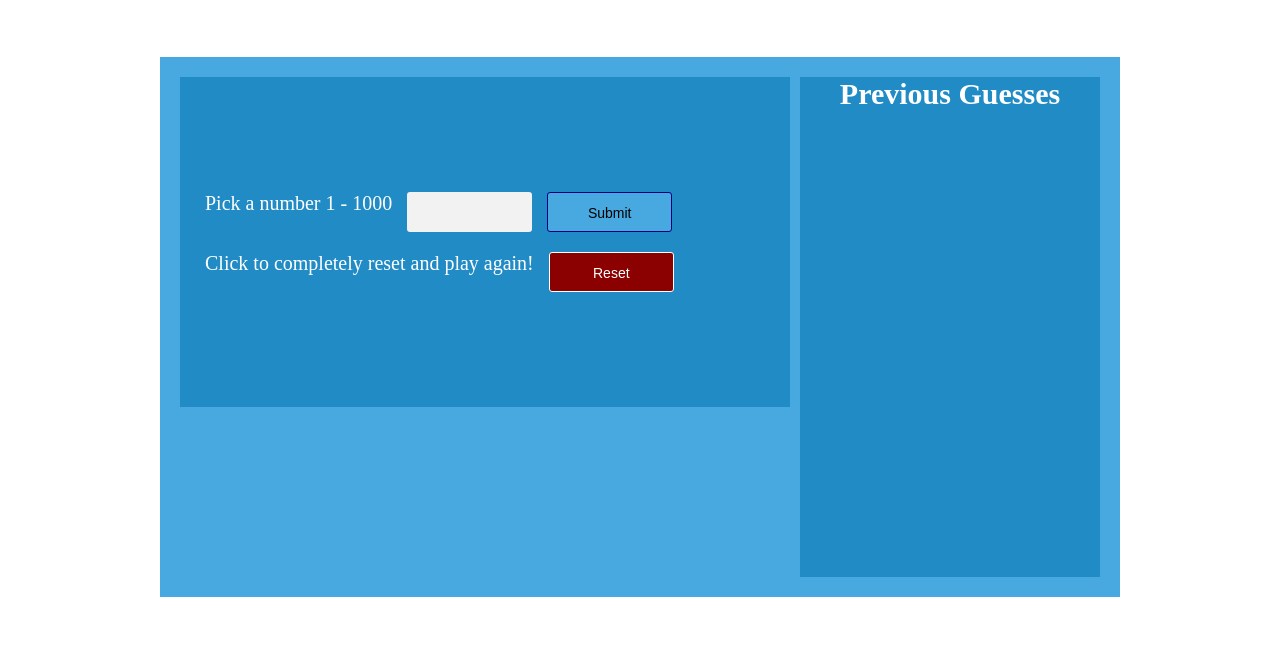
Repository: mlmEFSC21/P15-Modified-Guessing-Game
Page: guess.html
The author's editor kept a copy of each file at every save. The page is drawn from the files as they stood at one save, then again after the next save.
The browser window is 1280 px wide. The pictures show the whole page.

Above is the page before, as saved 2022-03-21 21:32:46.

### guess.html
<!DOCTYPE html>
<html lang="en">
    <head>
        <meta charset="UTF-8" />
        <meta http-equiv="X-UA-Compatible" content="IE=edge" />
        <meta name="viewport" content="width=device-width, initial-scale=1.0" />
        <link rel="stylesheet" href="guess.css" />
        <script src="guess.js" defer></script>
        <title>Guessing Game</title>
    </head>
    <body>
        <header>
            <h1 class="pageTitle">Guess The Number!</h1>
        </header>
        <section>
            <div class="gameContainer" id="container">
                <div class="results" id="results">
                    <form action="" class="inputForm">
                        <label for="guessInput">Pick a number 1 - 1000</label>
                        <input
                            type="text"
                            required
                            name="guessInput"
                            class="guessInput"
                            id="guessInput"
                        />
                        <input type="button" class="submitBtn" id="submitBtn" value="Submit" />
                        <label for="resetBtn">Click to completely reset and play again!</label>
                        <button type="reset" class="resetBtn" id="resetBtn" name="Reset">
                            Reset
                        </button>
                    </form>
                </div>
                <div class="guessesContainer" id="guessesContainer">
                    <h2>Previous Guesses</h2>
                    <ul class="guesses" id="guessList"></ul>
                </div>
            </div>
        </section>
    </body>
</html>

### guess.css
:root {
    --clr-primary: #218bc6;
    --clr-secondary: #48a9e0;
    --clr-tertiary: #235ea6;
}

*,
*::after,
*::before {
    box-sizing: border-box;
    margin: 0;
    padding: 0;
}
body {
    background-image: linear-gradient(90, var(--clr-tertiary), #2c76d0, #5491db);
    color: white;
    font-size: 20px;
}
.pageTitle {
    text-align: center;
}
.gameContainer {
    background-color: var(--clr-secondary);
    display: grid;
    max-width: 960px;
    height: 75vh;
    margin: 10px auto;
    padding: 20px;
    grid-template-columns: repeat(3, 1fr);
    grid-template-rows: repeat(3, 1fr);
    gap: 10px;
    align-items: center;
    justify-content: center;
}
.results {
    background-color: var(--clr-primary);
    display: flex;
    flex-direction: column-reverse;
    margin: 10px auto;
    padding: 0 25px;
    grid-column: 1 / 3;
    grid-row: 1 / 3;
    height: 100%;
    justify-content: center;
    align-items: center;
    text-align: center;
    overflow: hidden;
}
input,
button {
    margin-block: 10px;
}
.inputForm {
    display: flex;
    flex-wrap: wrap;
}
label {
    margin-right: 15px;
    margin-block: 10px;
}
input {
    border: none;
    -webkit-appearance: none;
    -ms-appearance: none;
    -moz-appearance: none;
    appearance: none;
    background: #f2f2f2;
    padding: 12px;
    border-radius: 3px;
    width: 125px;
    height: 40px;
    outline: none;
    font-size: 14px;
}
button {
    border: solid 1px white;
    margin-bottom: 10px;
    padding: 12px;
    border-radius: 3px;
    width: 125px;
    height: 40px;
    outline: none;
    font-size: 14px;
}
.submitBtn {
    background: var(--clr-secondary);
    border: solid 0.5px navy;
    margin-left: 15px;
}
.submitBtn:hover {
    background: #44b3db;
}
.resetBtn {
    background: darkred;
    color: white;
}
.resetBtn:hover {
    background: red;
}
.guessesContainer {
    background-color: var(--clr-primary);
    display: flex;
    flex-direction: column;
    flex-grow: 2;
    height: 100%;
    grid-row: 1 / 4;
    align-items: center;
    overflow: hidden;
}
/* the h3 that is appended by the js. It was hugging the container too much. */
h3 {
    margin: 10px;
    text-align: center;
}
.hint {
    font-style: italic;
    text-decoration: underline;
}

### guess.js
let randomNumber = Math.floor(Math.random() * 1000 + 1);
let guesses = [];

const guessInput = document.getElementById("guessInput");
const resultsDiv = document.getElementById("results");
const submitButton = document.getElementById("submitBtn");
const resetButton = document.getElementById("resetBtn");
const p = document.createElement("p");
const ul = document.getElementById("guessList");
const li = document.createElement("li");
const guessesContainer = document.getElementById("guessesContainer");
const winningMessage = document.createElement("h3");
const hint = document.createElement("h3");

//checks to see if the guess is higher, lower, or equal to
function checkGuess() {
    const currentGuess = Number(guessInput.value);
    if (currentGuess == randomNumber) {
        guesses.push(currentGuess);
        p.innerText = "Congratulations! You guessed the number!";
        resultsDiv.append(p);
        countGuesses();
    }
    if (currentGuess < randomNumber) {
        guesses.push(currentGuess);
        p.innerText = "Too low. Try again!";
        resultsDiv.append(p);
        trackGuesses();
    }
    if (currentGuess > randomNumber) {
        guesses.push(currentGuess);
        p.innerText = "Too high. Try again!";
        resultsDiv.append(p);
        trackGuesses();
    }
}
//tracks previous guess in a <ul>. Removes <li> and populates from guesses[] each time.
function trackGuesses() {
    while (ul.hasChildNodes()) {
        ul.removeChild(ul.firstChild);
    }
    for (i = 0; i <= guesses.length - 1; i++) {
        let li = document.createElement("li");
        li.innerText = guesses[i];
        ul.appendChild(li);
    }
}

//counts how many guesses. Uses array length.
function countGuesses() {
    let numOfGuesses = guesses.length;
    if (numOfGuesses < 10) {
        winningMessage.innerText = `${numOfGuesses} guesses?! Either you know the secret or you got lucky!`;
        guessesContainer.append(winningMessage);
    } else if (numOfGuesses == 10) {
        winningMessage.innerText = `${numOfGuesses} guesses. Ahah! You know the secret!`;
        guessesContainer.append(winningMessage);
    } else if (numOfGuesses > 10) {
        winningMessage.innerText = `Yikes! ${numOfGuesses} guesses... You should be able to do better!`;
        hint.innerHTML = '*Hint* Knowing the trick is <span class="hint">half</span> the battle.';
        guessesContainer.append(winningMessage);
        guessesContainer.append(hint);
    }
}
// creates a new random number for replay
function newRNG() {
    randomNumber = Math.floor(Math.random() * 10 + 1);
}
//resets the game completely.
function resetGame() {
    p.innerText = "";
    resultsDiv.append(p);
    while (ul.hasChildNodes()) {
        ul.removeChild(ul.firstChild);
    }
    winningMessage.remove();
    guesses = [];
    newRNG();
    //logging random number for debugging.
    console.log(randomNumber);
}

submitButton.addEventListener("click", checkGuess);
resetButton.addEventListener("click", resetGame);
//logging random number for debugging.
console.log(randomNumber);

After the next save:
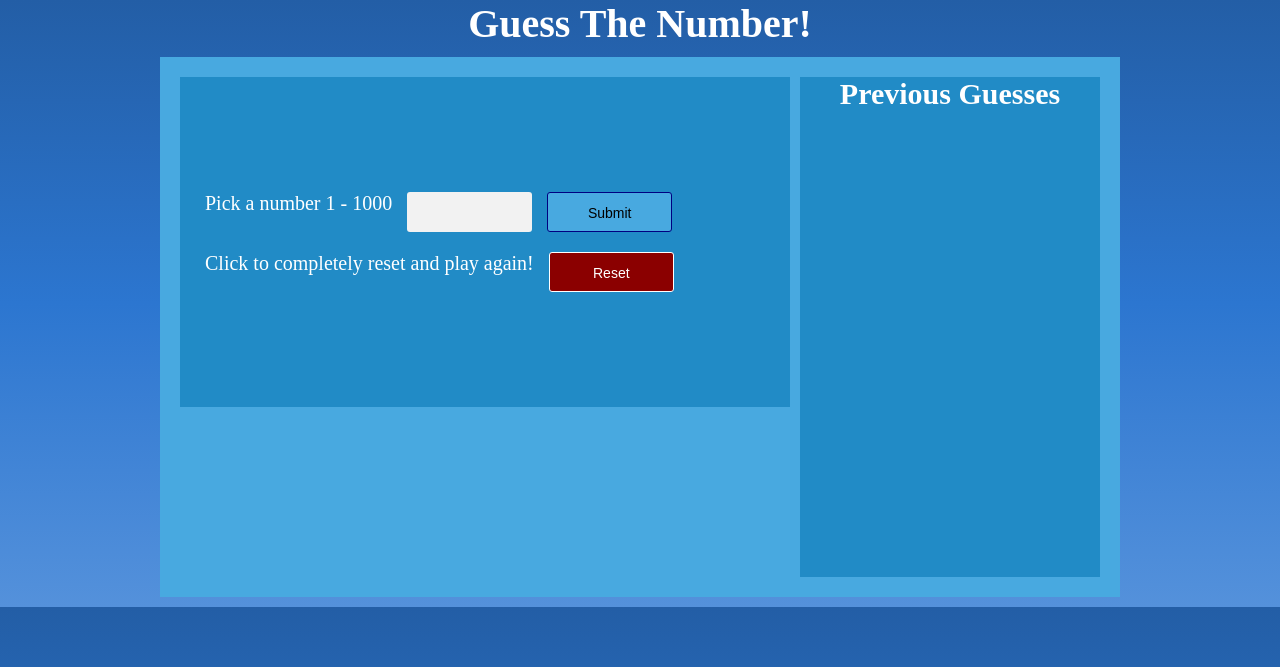
Saved 75 s later.
--- a/guess.css
+++ b/guess.css
@@ -12,7 +12,7 @@
     padding: 0;
 }
 body {
-    background-image: linear-gradient(90, var(--clr-tertiary), #2c76d0, #5491db);
+    background-image: linear-gradient(var(--clr-tertiary), #2c76d0, #5491db);
     color: white;
     font-size: 20px;
 }
